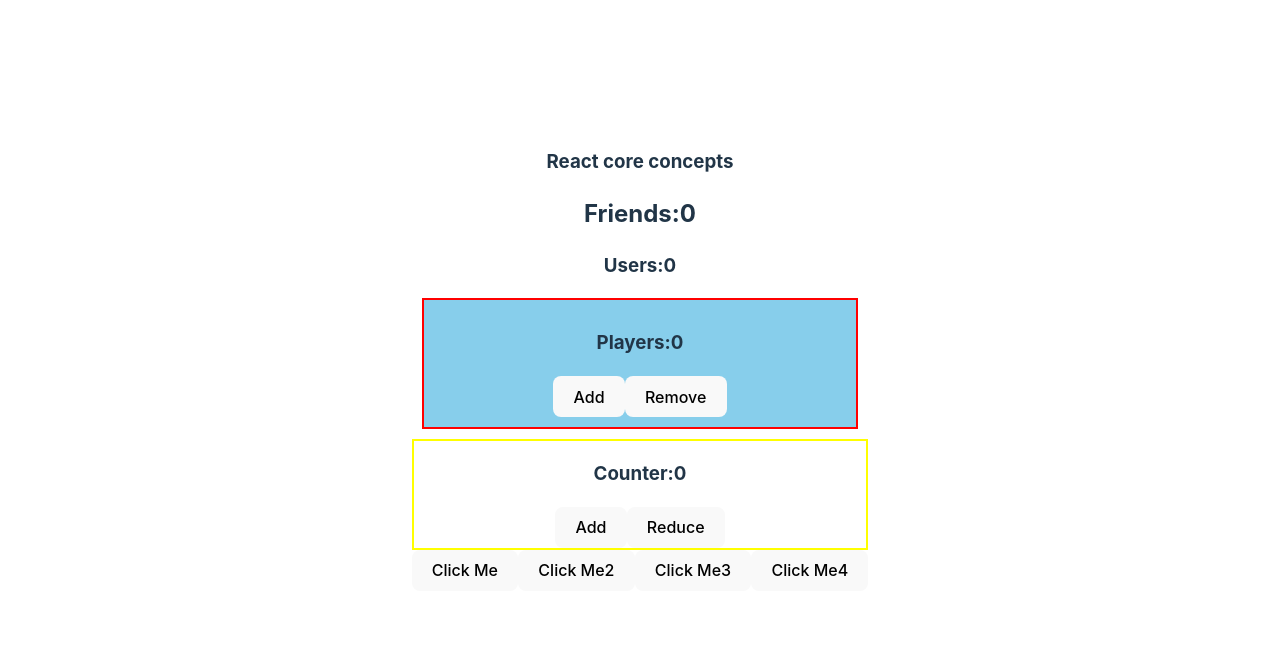
Repository: sumonkumarsarkar/my-project3-react
Page: /
These files come from the project's save history. The page is drawn as it stood at one moment and after a run of saves; the edit follows.
The browser window is 1280 px wide. The pictures show the whole page.
The page's requests for data from a server got no answer. The project was rebuilt for these pictures with package versions that can differ from the ones it lists, and the page was loaded fresh each time. No one was signed in, and anything a server would have sent is missing. Also part of the build but not shown: vite.config.js.

Above is the page before, as saved 2024-03-10 23:30:46.

After the next 2 saves:
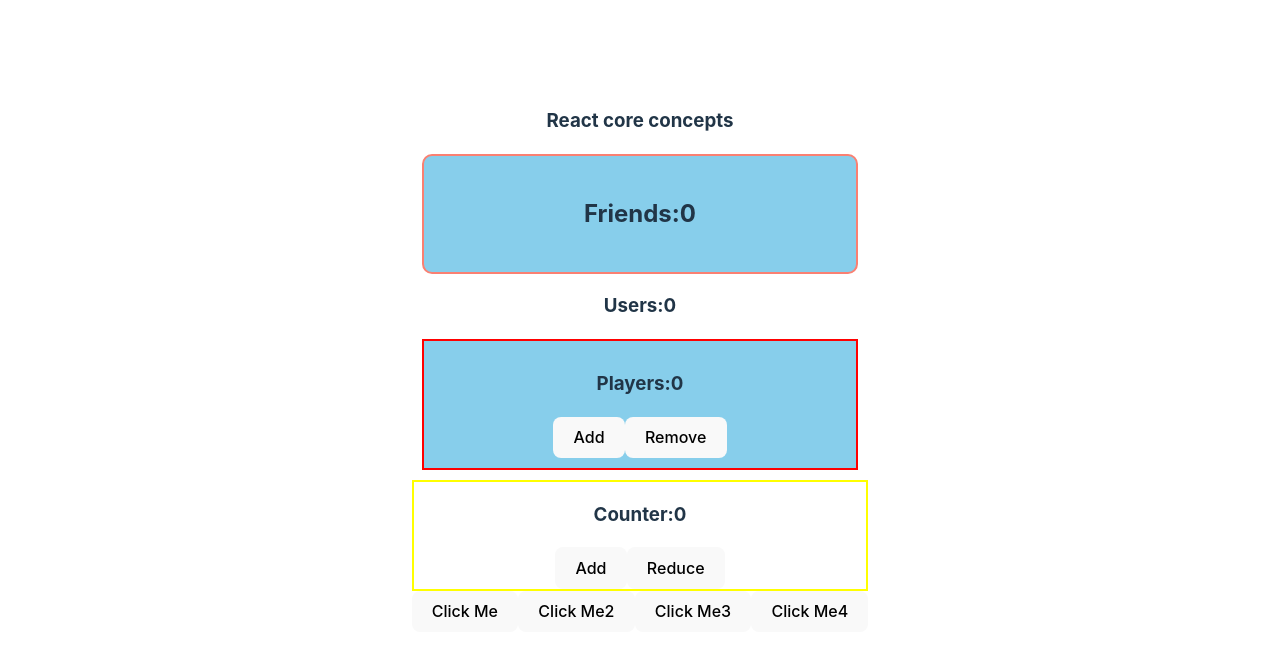
The 2 saves are shown as one change because 1 did not build or start.
The last was saved 106 s later.
--- a/src/Friend.jsx
+++ b/src/Friend.jsx
@@ -1,3 +1,5 @@
+
+import './Friend.css'
 import { useEffect, useState } from "react"
 
 export default function Friend(){

After the 3 saves that followed:
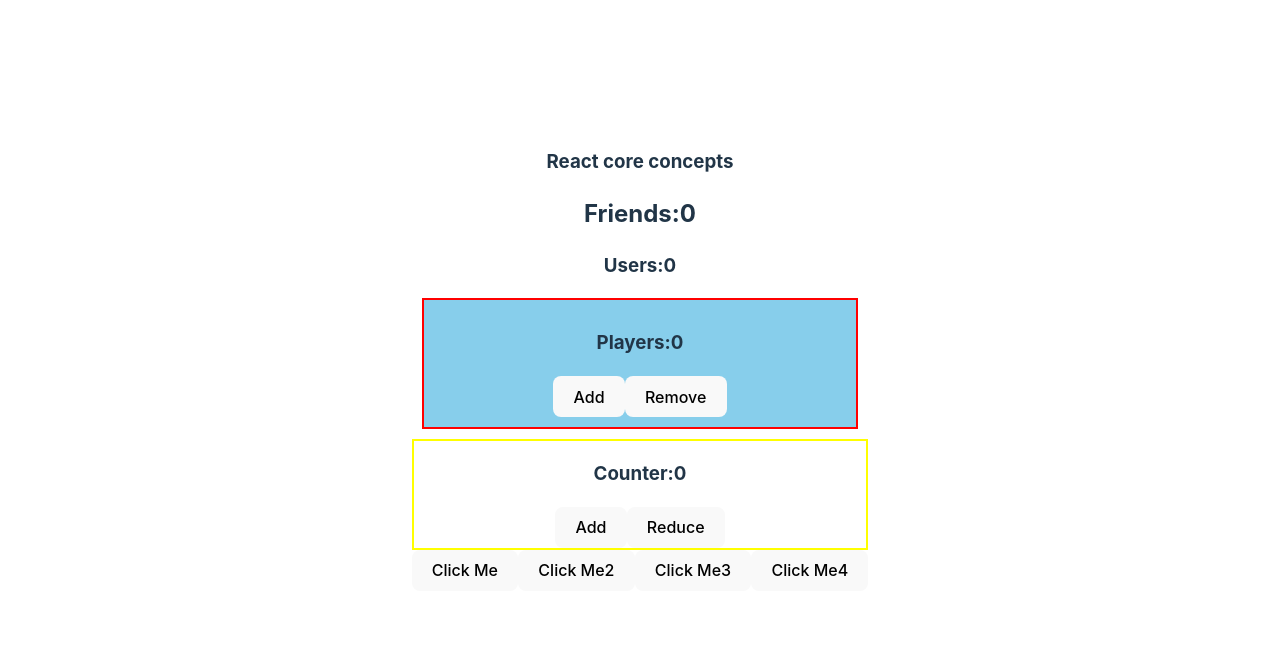
The 3 saves are shown as one change because 1 did not build or start and 1 left the picture as it was.
The last was saved 10 min 21 s later.
--- a/src/Friend.jsx
+++ b/src/Friend.jsx
@@ -13,8 +13,12 @@
   }, [])
 
     return(
-        <div className="box">
+        <div className="box2">
             <h2>Friends:{friends.length}</h2>
+
+            {
+              friends.map(friend=><Friend friend={friend}></Friend>)
+            }
         </div>
     )
 }
